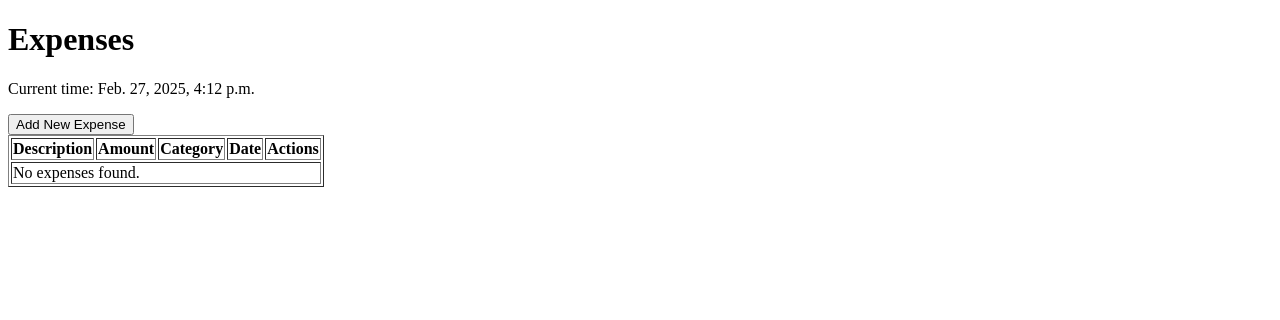
Repository: Jijiluzana225/lugawan_pitlane
Page: http://localhost/expenses/
These files come from the project's save history. The page is drawn as it stood at one moment and after the next save; the edit follows.
The browser window is 1280 px wide. The pictures show the whole page.
The page is served by the project's application, run on Django 5.2 (manage.py). Queries for data that is not in the repository find no rows.

Above is the page before, as saved 2025-03-07 09:11:25.

After the next save:
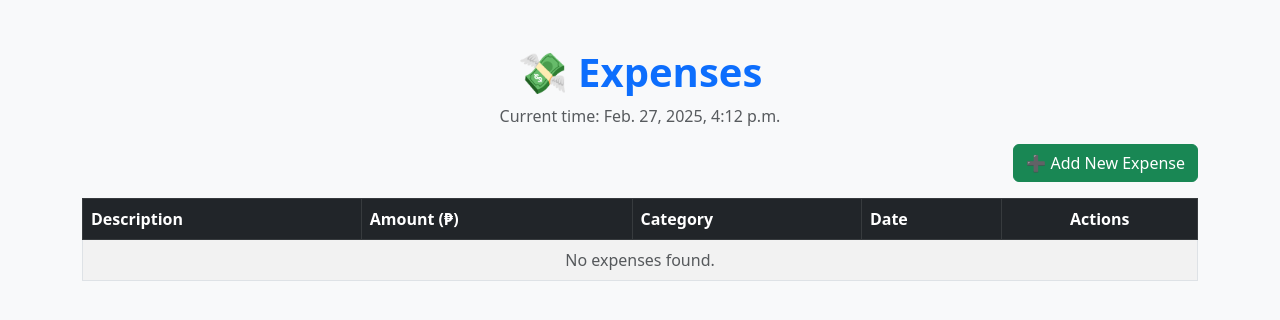
Saved 3 min 29 s later.
--- a/pos/templates/pos/expenses.html
+++ b/pos/templates/pos/expenses.html
@@ -1,53 +1,89 @@
 <!DOCTYPE html>
 <html lang="en">
 <head>
-    <title>Expenses</title>
+    <meta charset="UTF-8">
+    <meta name="viewport" content="width=device-width, initial-scale=1.0">
+    <title>Expenses - Lugaw Cafe</title>
+
+    <!-- Bootstrap CSS -->
+    <link href="https://cdnjs.cloudflare.com/ajax/libs/bootstrap/5.3.0/css/bootstrap.min.css" rel="stylesheet">
+
+    <!-- Custom Styles -->
+    <style>
+        body {
+            background-color: #f8f9fa;
+        }
+        .table thead {
+            position: sticky;
+            top: 0;
+            background-color: #343a40;
+            color: #fff;
+        }
+        .btn-custom {
+            background-color: #007bff;
+            color: white;
+        }
+        .btn-custom:hover {
+            background-color: #0056b3;
+        }
+    </style>
 </head>
 <body>
-    <h1>Expenses</h1>
-    <p>Current time: {{ current_time }}</p>
+
+<div class="container mt-5">
+    <h1 class="text-center text-primary fw-bold">💸 Expenses</h1>
+    <p class="text-center text-muted">Current time: {{ current_time }}</p>
 
     <!-- Button to Add New Expense -->
-    <a href="{% url 'add_expense' %}">
-        <button>Add New Expense</button>
-    </a>
+    <div class="text-end mb-3">
+        <a href="{% url 'add_expense' %}" class="btn btn-success">
+            ➕ Add New Expense
+        </a>
+    </div>
 
-    <table border="1">
-        <thead>
-            <tr>
-                <th>Description</th>
-                <th>Amount</th>
-                <th>Category</th>
-                <th>Date</th>
-                <th>Actions</th>
-            </tr>
-        </thead>
-        <tbody>
-            {% for expense in expenses %}
-            <tr>
-                <td>{{ expense.description }}</td>
-                <td>₱{{ expense.amount }}</td>
-                <td>{{ expense.get_category_display }}</td>
-                <td>{{ expense.datetimestamp|date:"Y-m-d H:i:s" }}</td>
-                <td>
-                    <!-- Edit Button -->
-                    <a href="{% url 'edit_expense' expense.id %}">
-                        <button>Edit</button>
-                    </a>
+    <!-- Expenses Table -->
+    <div class="table-responsive" style="max-height: 500px; overflow-y: auto;">
+        <table class="table table-striped table-hover table-bordered align-middle">
+            <thead class="table-dark">
+                <tr>
+                    <th>Description</th>
+                    <th>Amount (₱)</th>
+                    <th>Category</th>
+                    <th>Date</th>
+                    <th class="text-center">Actions</th>
+                </tr>
+            </thead>
+            <tbody>
+                {% for expense in expenses %}
+                <tr>
+                    <td>{{ expense.description }}</td>
+                    <td class="text-end">₱{{ expense.amount|floatformat:2 }}</td>
+                    <td>{{ expense.get_category_display }}</td>
+                    <td>{{ expense.datetimestamp|date:"Y-m-d H:i:s" }}</td>
+                    <td class="text-center">
+                        <a href="{% url 'edit_expense' expense.id %}" class="btn btn-warning btn-sm">
+                            ✏️ Edit
+                        </a>
+                        <form action="{% url 'delete_expense' expense.id %}" method="post" class="d-inline">
+                            {% csrf_token %}
+                            <button type="submit" class="btn btn-danger btn-sm" onclick="return confirm('Are you sure you want to delete this expense?')">
+                                🗑️ Delete
+                            </button>
+                        </form>
+                    </td>
+                </tr>
+                {% empty %}
+                <tr>
+                    <td colspan="5" class="text-center text-muted">No expenses found.</td>
+                </tr>
+                {% endfor %}
+            </tbody>
+        </table>
+    </div>
+</div>
 
-                    <!-- Delete Button -->
-                    <form action="{% url 'delete_expense' expense.id %}" method="post" style="display:inline;">
-                        {% csrf_token %}
-                        <button type="submit" onclick="return confirm('Are you sure you want to delete this expense?')">Delete</button>
-                    </form>
-                </td>
-            </tr>
-            {% empty %}
-            <tr>
-                <td colspan="5">No expenses found.</td>
-            </tr>
-            {% endfor %}
-        </tbody>
-    </table>
+<!-- Bootstrap JS (optional, for advanced features) -->
+<script src="https://cdnjs.cloudflare.com/ajax/libs/bootstrap/5.3.0/js/bootstrap.bundle.min.js"></script>
+
 </body>
 </html>
